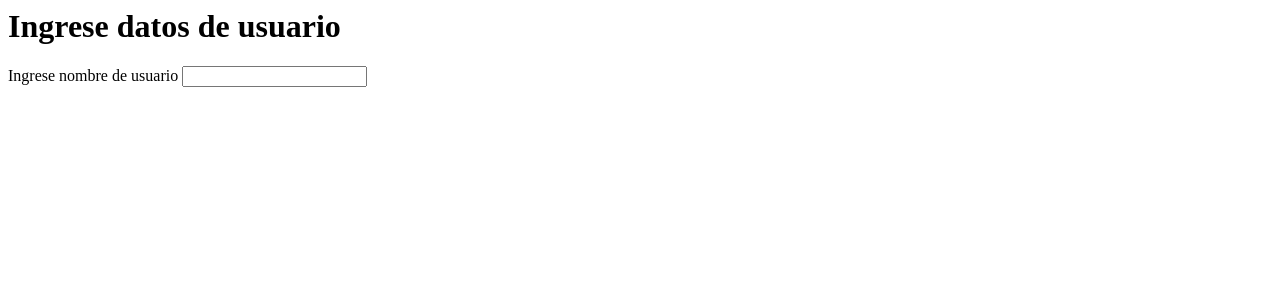
Repository: felipeps23/Java
Page: ProyectoServlet/src/main/webapp/WEB-INF/index.html
The author's editor kept a copy of each file at every save. The page is drawn from the files as they stood at one save, then again after the next save.
The browser window is 1280 px wide. The pictures show the whole page.

Above is the page before, as saved 2021-10-02 17:37:53.

After the next save:
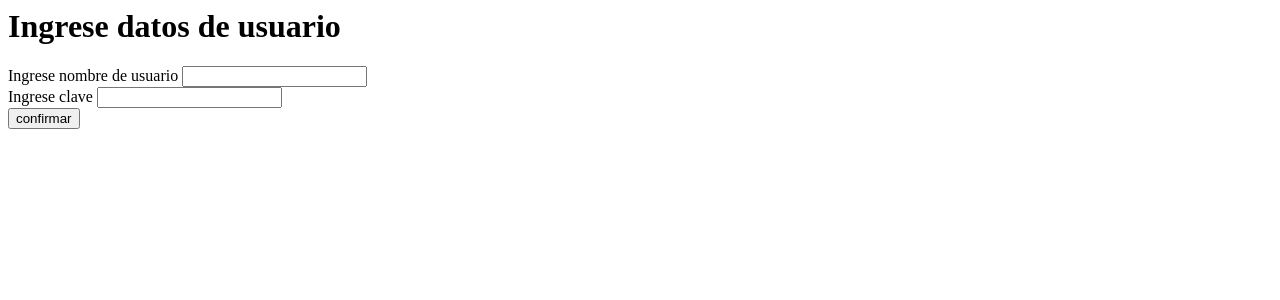
Saved 4 min 25 s later.
--- a/ProyectoServlet/src/main/webapp/WEB-INF/index.html
+++ b/ProyectoServlet/src/main/webapp/WEB-INF/index.html
@@ -8,8 +8,10 @@
 		<form action="RecuperaUser" method="post">
 			<h1>Ingrese datos de usuario</h1>
 			Ingrese nombre de usuario
-			<input type="text" name="usuario" size="20">
-			<br>
+			<input type="text" name="usuario" size="20"><br>
+			Ingrese clave
+			<input type="text" name="usuario" size="20"><br>
+			<input type="submit" value="confirmar">
 		</form>
 	</body>
 </hmtl>
